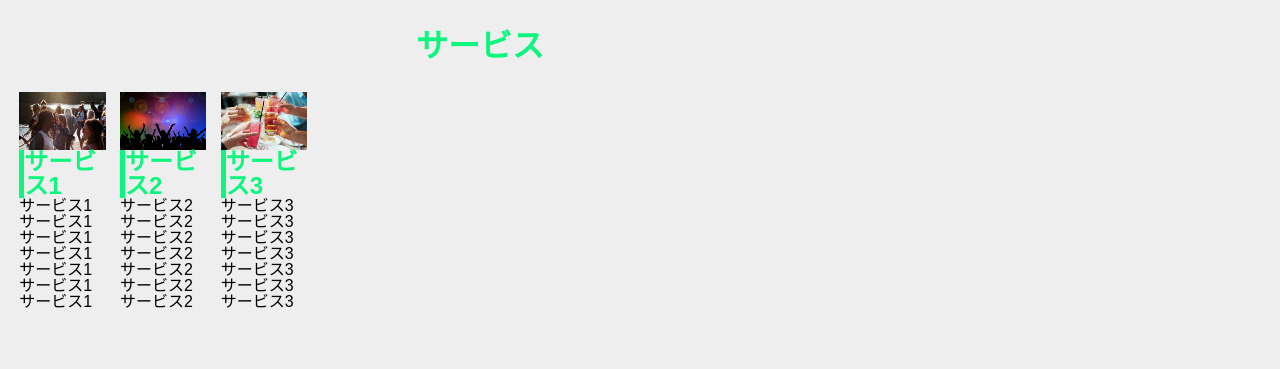
Repository: sonoyama01/dezasuta
Page: 第３回課題/work2/index.html
The author's editor kept a copy of each file at every save. The page is drawn from the files as they stood at one save, then again after the next save.
The browser window is 1280 px wide. The pictures show the whole page.

Above is the page before, as saved 2024-04-27 23:08:36.

### 第３回課題/work2/index.html
<!DOCTYPE html>
<html lang="ja">

<head>
    <meta charset="UTF-8">
    <meta name="viewport" content="width=device-width, initial-scale=1.0">
    <title>第3回課題work2</title>
    <link rel="stylesheet" href="./css/reset.css">
    <link rel="stylesheet" href="./css/style.css">
</head>

<body>
    <h1>サービス</h1>
    <div class="box">
        <div>
            <img src="./images/main_1.jpg" alt="">
            <h2>サービス1</h2>
            <p>サービス1サービス1サービス1サービス1サービス1サービス1サービス1</p>
        </div>

        <div>
            <img src="./images/main_2.png" alt="">
            <h2>サービス2</h2>
            <p>サービス2サービス2サービス2サービス2サービス2サービス2サービス2</p>
        </div>

        <div>
            <img src="./images/main_3.png" alt="">
            <h2>サービス3</h2>
            <p>サービス3サービス3サービス3サービス3サービス3サービス3サービス3</p>
        </div>
    </div>

</body>

</html>

### 第３回課題/work2/css/reset.css
@charset "utf-8";

/* cssリセット */

/*利用するタグによってこちらの内容は増やす*/

html,
body,
h1,
h2,
h3,
p,
dl,
dt,
dd,
ul,
li {
  margin: 0;
  padding: 0;
  line-height: 1;
  /*デフォルトの文字色、font-familyを予め当てておく*/
  color: #000;
  font-family: "游ゴシック体", YuGothic, "游ゴシック", "Yu Gothic", "メイリオ",
    "Hiragino Kaku Gothic ProN", "Hiragino Sans", sans-serif;
}

a {
  /*下線を消す*/
  text-decoration: none;
  /*色を消す*/
  color: inherit;
}

ul {
  /*左の「・」を消す*/
  list-style: none;
}

img {
  max-width: 100%;
  vertical-align: bottom;
  border: none;
}

### 第３回課題/work2/css/style.css
@charset "utf-8";

body {
  width: 960px;
  background-color: #eeeeee;
}
h1 {
  text-align: center;
  color: rgb(12, 246, 125);
  margin: 30px auto;
  padding: 0px auto;
}

h2 {
  color: rgb(12, 246, 125);
  border-left: 5px solid rgb(12, 246, 125);
}

.box {
  display: flex;
  justify-content: space-between;
  padding: 0 2%;
}
div {
  width: 30%;
}

After the next save:
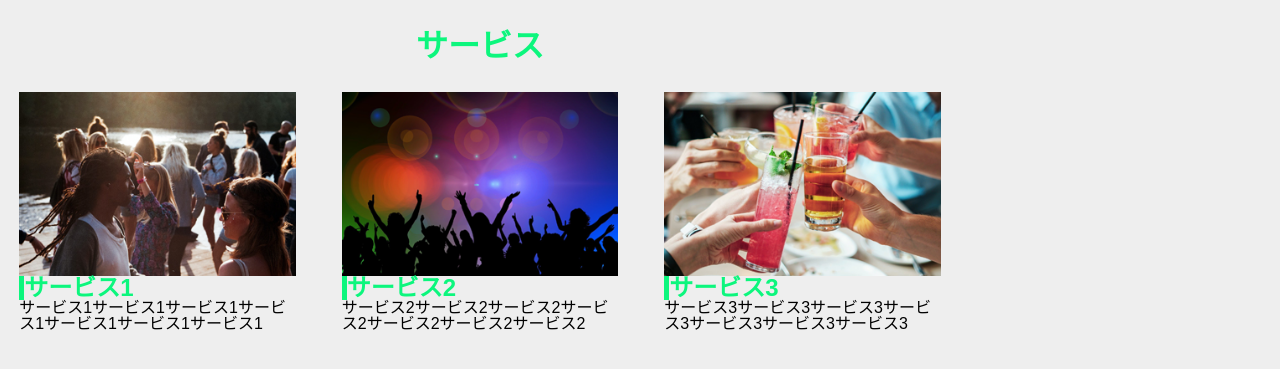
Saved 2 min 3 s later.
--- a/第３回課題/work2/css/style.css
+++ b/第３回課題/work2/css/style.css
@@ -21,6 +21,6 @@ h2 {
   justify-content: space-between;
   padding: 0 2%;
 }
-div {
+.box div {
   width: 30%;
 }
